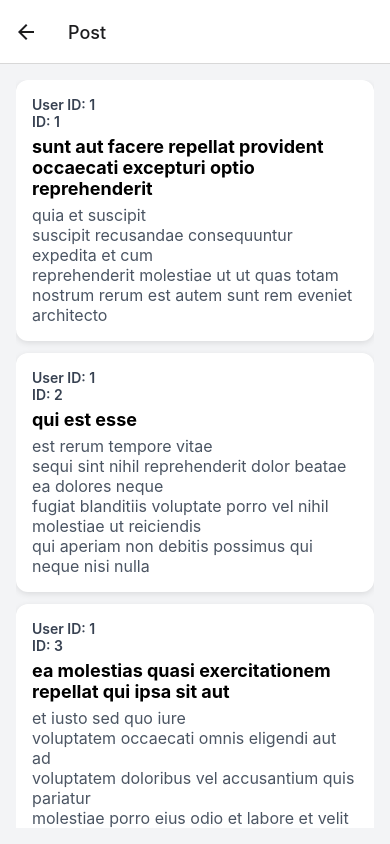
Repository: nawaz1568/Task_counter
Screen: /Post
The author's editor kept a copy of each file at every save. The screen is drawn from the files as they stood at one save, then again after the next save.
An inner scrolling area shows only its first screen. The app was drawn by React Native's web renderer in a window 390 px wide. The project was rebuilt for these pictures with package versions that can differ from the ones it lists, and the page was loaded fresh each time. Also part of the build but not shown: src/components/Header.js, src/screens/PostListScreen.js, src/screens/PostDetailScreen.js, src/screens/CounterScreen.js, src/screens/AnotherDetailScreen.js.

Above is the screen before, as saved 2025-09-09 14:24:35.

### App.js
import React from 'react';
import { NavigationContainer } from '@react-navigation/native';
import { createNativeStackNavigator } from '@react-navigation/native-stack';
import LoginScreen from './src/screens/LoginScreen';
import PostListScreen from './src/screens/PostListScreen';
import PostDetailScreen from './src/screens/PostDetailScreen';
import CounterScreen from './src/screens/CounterScreen';
import PostsScreen from './src/screens/PostsScreen';
import AnotherDetailScreen from './src/screens/AnotherDetailScreen';

const Stack = createNativeStackNavigator();

export default function App() {
  return (
    <NavigationContainer>
      <Stack.Navigator initialRouteName="Login">
        <Stack.Screen name="Login" component={LoginScreen} options={{ title: 'Login' }} />
        <Stack.Screen name="Posts" component={PostListScreen} options={{ title: 'Posts' }} />
        <Stack.Screen name="Details" component={PostDetailScreen} options={{ title: 'Post Details' }} />
        <Stack.Screen name="AnotherDetails" component={AnotherDetailScreen} options={{ title: 'Another Detail' }} />
        <Stack.Screen name="Post" component={PostsScreen} options={{ title: 'Post' }} />
        <Stack.Screen name="Counter" component={CounterScreen} options={{ title: 'Counter' }} />
      </Stack.Navigator>
    </NavigationContainer>
  );
}

### src/screens/LoginScreen.js
import React, { useState } from 'react';
import { View, Text, TextInput, Alert, TouchableOpacity, StyleSheet } from 'react-native';

export default function LoginScreen({ navigation }) {
  const [email, setEmail] = useState('');
  const [password, setPassword] = useState('');

  // Login button function
  const onLogin = () => {
    Alert.alert('Login', `Email: ${email}\nPassword: ${password}`);
    navigation.navigate('Posts'); // Navigate to Posts screen
  };

  // Go to Counter Demo button function
  const goToCounter = () => {
    navigation.navigate('Counter'); // Navigate to Counter screen
  };

  return (
    <View style={styles.container}>
      <Text style={styles.title}>Welcome</Text>

      {/* Text Inputs */}
      <TextInput
        placeholder="Email"
        value={email}
        onChangeText={setEmail}
        keyboardType="email-address"
        autoCapitalize="none"
        style={styles.input}
      />
      <TextInput
        placeholder="Password"
        value={password}
        onChangeText={setPassword}
        secureTextEntry
        style={styles.input}
      />

      {/* Login Button */}
      <TouchableOpacity style={styles.button} onPress={onLogin}>
        <Text style={styles.buttonText}>Login</Text>
      </TouchableOpacity>

{/* JSON Button */}
<TouchableOpacity
  style={[styles.button, { backgroundColor: '#2563eb', marginTop: 12 }]}
  onPress={() => navigation.navigate('Post')} // matches Stack.Screen
>
  <Text style={styles.buttonText}>JSON Button</Text>
</TouchableOpacity>


      {/* Dummy Button */}
      <TouchableOpacity style={[styles.button, { backgroundColor: '#10b981', marginTop: 12 }]}>
        <Text style={styles.buttonText}>Dummy Button</Text>
      </TouchableOpacity>

      {/* Go to Counter Demo Button */}
      <TouchableOpacity style={[styles.button, { backgroundColor: '#f59e0b', marginTop: 12 }]} onPress={goToCounter}>
        <Text style={styles.buttonText}>Go to Counter Demo</Text>
      </TouchableOpacity>
    </View>
  );
}

const styles = StyleSheet.create({
  container: {
    flex: 1,
    alignItems: 'center',
    justifyContent: 'center',
    padding: 20,
    backgroundColor: '#f9fafb',
  },
  title: { fontSize: 24, fontWeight: '700', marginBottom: 24 },
  input: {
    width: '100%',
    borderWidth: 1,
    borderColor: '#d1d5db',
    borderRadius: 12,
    padding: 12,
    marginBottom: 12,
    backgroundColor: '#fff',
  },
  button: {
    width: '100%',
    padding: 14,
    backgroundColor: '#111827',
    borderRadius: 12,
    alignItems: 'center',
    marginTop: 4,
  },
  buttonText: { color: '#fff', fontWeight: '600' },
});

### src/screens/PostsScreen.js
import React from 'react';
import { View, Text, FlatList, TouchableOpacity, StyleSheet } from 'react-native';
import postsData from '../data/posts.json'; // your JSON file

export default function PostsScreen({ navigation }) {
  const renderItem = ({ item }) => (
    <TouchableOpacity
      style={styles.card}
      onPress={() =>
        navigation.navigate('AnotherDetails', {
          name: item.title,        // pass title
          description: item.body,  // pass body
        })
      }
    >
      <Text style={styles.heading}>User ID: {item.userId}</Text>
      <Text style={styles.heading}>ID: {item.id}</Text>
      <Text style={styles.title}>{item.title}</Text>
      <Text style={styles.body}>{item.body}</Text>
    </TouchableOpacity>
  );

  return (
    <View style={styles.container}>
      <FlatList
        data={postsData}
        keyExtractor={(item) => item.id.toString()}
        renderItem={renderItem}
      />
    </View>
  );
}

const styles = StyleSheet.create({
  container: {
    flex: 1,
    padding: 16,
    backgroundColor: '#f3f4f6',
  },
  card: {
    backgroundColor: '#fff', // white background for cards
    padding: 16,
    borderRadius: 12,
    marginBottom: 12,
    shadowColor: '#000',
    shadowOpacity: 0.1,
    shadowRadius: 6,
    shadowOffset: { width: 0, height: 2 },
  },
  heading: {
    fontSize: 14,
    fontWeight: '600',
    color: '#374151',
  },
  title: {
    fontSize: 18,
    fontWeight: '700',
    marginVertical: 6,
  },
  body: {
    fontSize: 16,
    color: '#4b5563',
  },
});

Loaded but not shown: src/data/posts.json (common file)

After the next save:
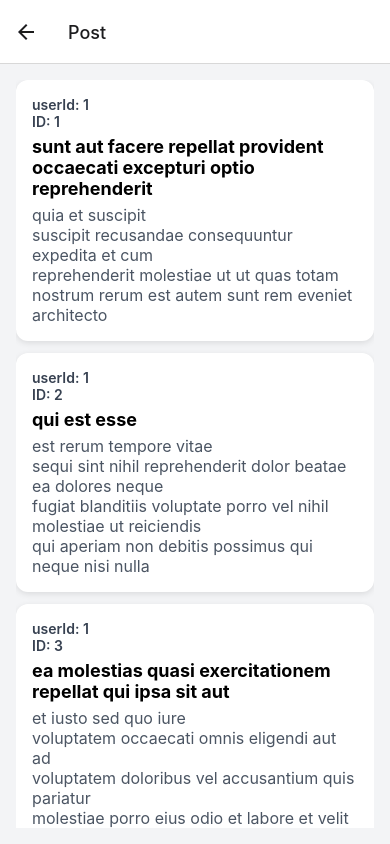
Saved 16 s later.
--- a/src/screens/PostsScreen.js
+++ b/src/screens/PostsScreen.js
@@ -13,7 +13,7 @@ export default function PostsScreen({ navigation }) {
         })
       }
     >
-      <Text style={styles.heading}>User ID: {item.userId}</Text>
+      <Text style={styles.heading}>userId: {item.userId}</Text>
       <Text style={styles.heading}>ID: {item.id}</Text>
       <Text style={styles.title}>{item.title}</Text>
       <Text style={styles.body}>{item.body}</Text>
